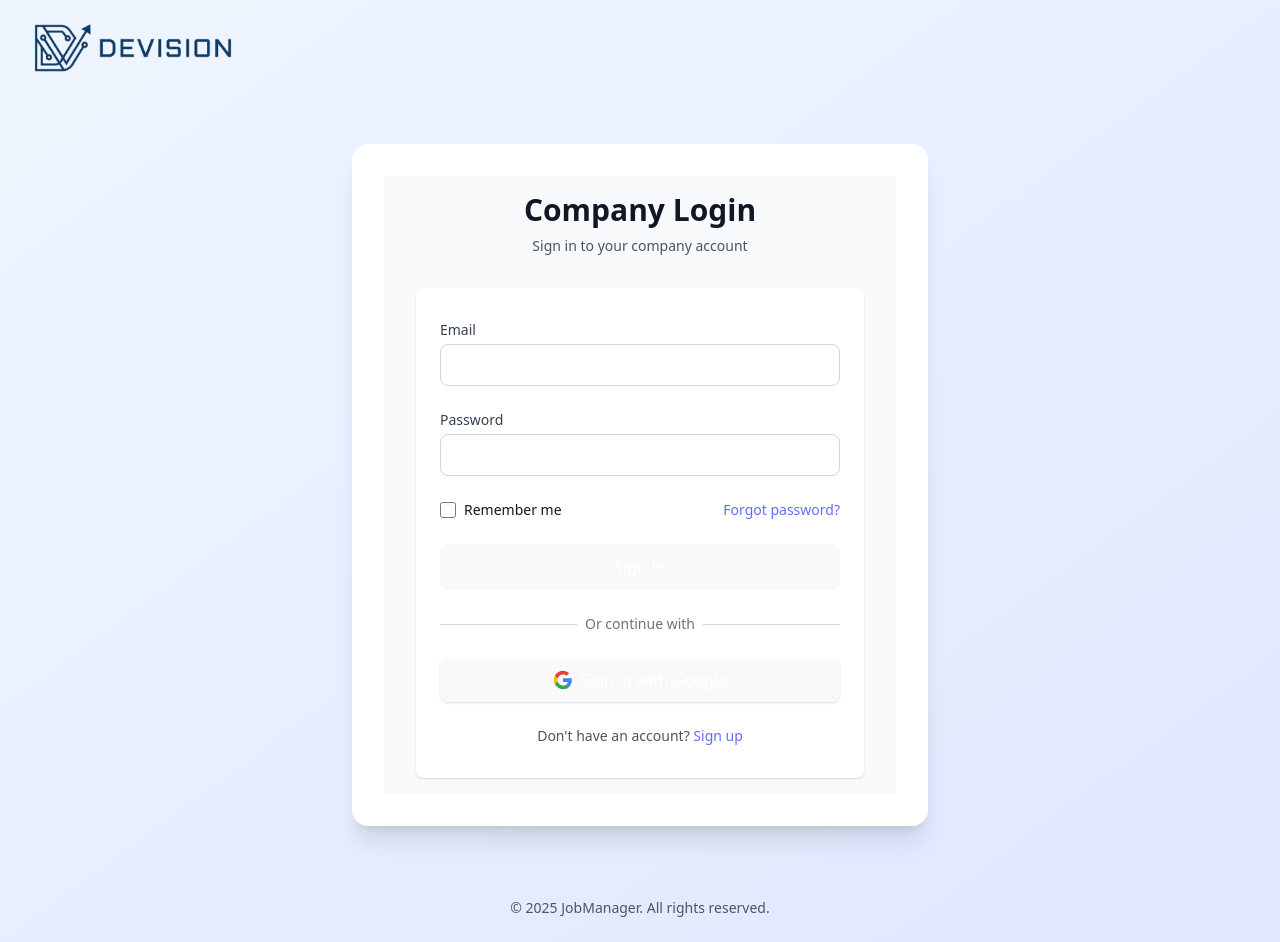
Repository: ISYS3461-2025C-Mulan-DEVision/JobManager_FE
Page: /login
An editor plug-in stored every save of this project. The page is shown before and after the next save, followed by the edit.
The browser window is 1280 px wide. The pictures show the whole page.
The project was rebuilt for these pictures with package versions that can differ from the ones it lists, and the page was loaded fresh each time. Also part of the build but not shown: vite.config.js, src/pages/Home.tsx, src/components/headless/Table/Table.tsx, src/components/headless/Modal/Modal.tsx, src/components/ui/Card/Card.tsx, src/components/ui/Spinner/Spinner.tsx, src/components/ui/Alert/Alert.tsx, src/components/feature/Authentication/CompanySignup/CompanySignupForm.tsx and 4 more.

Above is the page before, as saved 2025-12-12 12:21:32.

### index.html
<!doctype html>
<html lang="en">
  <head>
    <meta charset="UTF-8" />
    <link rel="icon" type="image/svg+xml" href="/logo/logo-icon.png" />
    <meta name="viewport" content="width=device-width, initial-scale=1.0" />
    <title>jobmanager-fe</title>
  </head>
  <body>
    <div id="root"></div>
    <script type="module" src="/src/main.jsx"></script>
  </body>
</html>

### src/main.tsx
import React, { StrictMode } from "react";
import { createRoot } from "react-dom/client";
import "./index.css";
import { BrowserRouter } from "react-router-dom";
import App from "./App.js";
import { Provider } from "react-redux";
import store from "./store/index.js";

const container = document.getElementById("root")!;
if (!container) {
    throw new Error("Root container not found");
} else {
    createRoot(container).render(
        <StrictMode>
            <Provider store={store}>
                <BrowserRouter>
                    <App />
                </BrowserRouter>
            </Provider>
        </StrictMode>,
    );
}

### src/index.css
@import "tailwindcss";

:root {
    font-family: system-ui, Avenir, Helvetica, Arial, sans-serif;
    line-height: 1.5;
    font-weight: 400;

    color-scheme: light dark;
    color: rgba(255, 255, 255, 0.87);
    background-color: #242424;

    font-synthesis: none;
    text-rendering: optimizeLegibility;
    -webkit-font-smoothing: antialiased;
    -moz-osx-font-smoothing: grayscale;
}

a {
    font-weight: 500;
    color: #646cff;
    text-decoration: inherit;
}
a:hover {
    color: #535bf2;
}

body {
    margin: 0;
    min-width: 320px;
    min-height: 100vh;
}

h1 {
    font-size: 3.2em;
    line-height: 1.1;
}

button {
    border-radius: 8px;
    border: 1px solid transparent;
    padding: 0.6em 1.2em;
    font-size: 1em;
    font-weight: 500;
    font-family: inherit;
    background-color: #1a1a1a;
    cursor: pointer;
    transition: border-color 0.25s;
}
button:hover {
    border-color: #646cff;
}
button:focus,
button:focus-visible {
    outline: 4px auto -webkit-focus-ring-color;
}

@media (prefers-color-scheme: light) {
    :root {
        color: #213547;
        background-color: #ffffff;
    }
    a:hover {
        color: #747bff;
    }
    button {
        background-color: #f9f9f9;
    }
}

### src/App.tsx
import { Routes, Route, Link, useLocation } from "react-router-dom";
import Home from "./pages/Home";
import LoginPage from "./pages/LoginPage";
import RegistrationPage from "./pages/RegistrationPage";

function App() {
    const location = useLocation();
    const isAuthPage = location.pathname === "/login";

    return (
        <div>
            {!isAuthPage && (
                <nav className="p-4 bg-gray-800 text-white flex gap-4">
                    <Link to="/">Home</Link>
                    <Link to="/login">Login</Link>
                </nav>
            )}

            <Routes>
                <Route path="/" element={<Home />} />
                <Route path="/login" element={<LoginPage />} />
                <Route path="/register" element={<RegistrationPage />} />
            </Routes>
        </div>
    );
}

export default App;

### src/store/index.ts
import configureStore from "./configureStore";
const store = configureStore();
export default store;

### src/pages/LoginPage.tsx
import React from "react";
import { CompanyLogin } from "../components/feature/Authentication/CompanyLogin";
import AuthLayout from "../layout/AuthLayout";

export default function LoginPage() {
    return (
        <AuthLayout>
            <CompanyLogin />
        </AuthLayout>
    );
}

### src/store/configureStore.ts
import { createStore, applyMiddleware, Store } from "redux";
import { createLogger } from "redux-logger";
import createSagaMiddleware from "redux-saga";
import { enableBatching } from "redux-batched-actions";
import createReducer from "./reducers";
import rootSaga from "./saga";

const configureStore = (initialState = {}): Store => {
    const rootReducer = createReducer();
    const sagaMiddleware = createSagaMiddleware();

    const middlewares = [sagaMiddleware];

    const isDev = import.meta.env.VITE_NODE_ENV === "development";

    if (isDev) {
        const loggerMiddleware = createLogger({
            collapsed: () => true,
        });
        (middlewares as any[]).push(loggerMiddleware);
    }

    const store = createStore(
        enableBatching(rootReducer),
        initialState,
        applyMiddleware(...middlewares),
    );

    sagaMiddleware.run(rootSaga);

    return store;
};

export default configureStore;

### src/redux/app/actions.ts
import * as types from "./type";

const setLoading = (payload: boolean) => ({ type: types.SET_LOADING, payload });
const setError = (payload: string | null) => ({
    type: types.SET_ERROR,
    payload,
});
const setInitialized = (payload: boolean) => ({
    type: types.SET_INITIALIZED,
    payload,
});
const reset = () => ({ type: types.RESET });

const toggleLoadingAsync = (payload: boolean) => ({
    type: types.TOGGLE_LOADING_ASYNC,
    payload,
});

export default {
    setLoading,
    setError,
    setInitialized,
    reset,
    toggleLoadingAsync,
};

### src/components/feature/Authentication/CompanyLogin/index.ts
export { CompanyLogin } from "./CompanyLogin";

### src/layout/AuthLayout.tsx
import { ReactNode } from 'react';
import { Link } from 'react-router-dom';

interface AuthLayoutProps {
    children: ReactNode;
}

const AuthLayout = ({ children }: AuthLayoutProps) => {
    return (
        <div className="min-h-screen flex flex-col bg-gradient-to-br from-blue-50 to-indigo-100">
            {/* Simple Header - Logo only */}
            <header className="py-6 px-8">
                <div className="flex items-center">
                    <Link to="/">
                        <img
                            src="/logo/logo.png"
                            alt="JobManager Logo"
                            className="h-12 w-auto"
                        />
                    </Link>
                </div>
            </header>

            {/* Centered Content Panel */}
            <main className="flex-1 flex items-center justify-center px-4 py-12">
                {/* <div className="flex-1 flex items-center justify-center">
                    <img src="/auth/background-login-left.png" alt="Left background" className="h-150 w-150 object-contain" />
                </div> */}
                <div className="flex items-center justify-center w-full max-w-xl">
                    <div className="w-full max-w-xl">
                        {/* Card wrapper for the form */}
                        <div className="bg-white rounded-2xl shadow-xl p-8">
                            {children}
                        </div>
                    </div>
                </div>
                {/* <div className="flex-1 flex items-center justify-center">
                    <img src="/auth/background-login-right.png" alt="Right background" className="h-150 w-150 object-contain" />
                </div> */}
            </main>

            {/* Simple Footer - Copyright only */}
            <footer className="py-6 px-4">
                <div className="max-w-md mx-auto text-center">
                    <p className="text-sm text-gray-600">
                        © {new Date().getFullYear()} JobManager. All rights reserved.
                    </p>
                </div>
            </footer>
        </div >
    );
};

export default AuthLayout;

### src/store/reducers.ts
import { combineReducers } from "redux";
import { reducers } from "../redux";
import _ from "lodash";

const appReducer = combineReducers(reducers);
export default function createReducer() {
    const rootReducer = (state, action) => {
        if (action.type === "FORCE_UPDATE_GLOBAL_STATE") {
            return appReducer(_.cloneDeep(action.payload), action as never);
        }
        return appReducer(state, action as never);
    };

    return rootReducer;
}

### src/store/saga.ts
import { all, fork } from "redux-saga/effects";
import { sagas } from "../redux";

export default function* rootSaga() {
    yield all([...Object.values(sagas)].map(fork));
}

### src/redux/app/type.ts
const prefix = "APP/";

export const SET_LOADING = `${prefix}SET_LOADING`;
export const SET_ERROR = `${prefix}SET_ERROR`;
export const SET_INITIALIZED = `${prefix}SET_INITIALIZED`;
export const RESET = `${prefix}RESET`;

// test async action
export const TOGGLE_LOADING_ASYNC = `${prefix}TOGGLE_LOADING_ASYNC`;

### src/components/feature/Authentication/CompanyLogin/CompanyLogin.tsx
import React from "react";
import { HeadlessForm } from "@/components/headless";
import { CompanyLoginForm } from "./CompanyLoginForm";
import { useCompanyLogin } from "./hooks/useCompanyLogin";
import { LoginPayload } from "./types";

// Validation function
const validateLoginForm = (values: LoginPayload) => {
  const errors: Partial<Record<keyof LoginPayload, string>> = {};

  if (!values.email) {
    errors.email = "Email is required";
  } else if (!/^[A-Z0-9._%+-]+@[A-Z0-9.-]+\.[A-Z]{2,}$/i.test(values.email)) {
    errors.email = "Invalid email address";
  }

  if (!values.password) {
    errors.password = "Password is required";
  } else if (values.password.length < 6) {
    errors.password = "Password must be at least 6 characters";
  }

  return errors;
};

export const CompanyLogin: React.FC = () => {
  const { login, isLoading, error } = useCompanyLogin();

  return (
    <HeadlessForm<LoginPayload>
      initialValues={{ email: "", password: "" }}
      onSubmit={login}
      validate={validateLoginForm}
    >
      {(formProps) => (
        <CompanyLoginForm {...formProps} isLoading={isLoading} error={error} />
      )}
    </HeadlessForm>
  );
};

### src/redux/index.ts
const loadModules = (modules: Record<string, any>, hasDefault = false) =>
    Object.entries(modules).map(([path, mod]) => {
        const parts = path.split("/");
        return {
            name: parts.at(-1)!.replace(".js", "").toUpperCase(),
            key: parts.at(-2)!,
            data: hasDefault ? mod.default : mod,
        };
    });

const rawActions = loadModules(
    import.meta.glob("./**/actions.ts", { eager: true }),
    true,
);

const rawTypes = loadModules(
    import.meta.glob("./**/types.ts", { eager: true }),
    false,
);

const rawReducers = loadModules(
    import.meta.glob("./**/reducer.ts", { eager: true }),
    true,
);

const rawSagas = loadModules(
    import.meta.glob("./**/saga.ts", { eager: true }),
    false,
);

// Final exports
export const actions = rawActions.reduce((p, e) => ({ ...p, ...e.data }), {});
export const types = rawTypes.reduce((p, e) => ({ ...p, ...e.data }), {});
export const reducers = rawReducers.reduce(
    (p, e) => ({ ...p, [e.key]: e.data }),
    {},
);
export const sagas = rawSagas.reduce((p, e) => ({ ...p, ...e.data }), {});

### src/components/headless/index.ts
// Headless Components - Logic without UI
export { HeadlessForm } from "./Form";
export { HeadlessTable } from "./Table";
export { useTable } from "./Table/useTable";
export { HeadlessModal } from "./Modal";

// Types
export * from "./types";
export type { TableColumn } from "./Table/useTable";

### src/components/feature/Authentication/CompanyLogin/hooks/useCompanyLogin.ts
import { useState } from 'react';
import AuthService, { LoginPayload } from '../../api/AuthService';

export const useCompanyLogin = () => {
  const [isLoading, setIsLoading] = useState(false);
  const [error, setError] = useState<string | null>(null);

  const login = async (formData: LoginPayload) => {
    setIsLoading(true);
    setError(null);

    try {
      await AuthService.loginCompany(formData);
      // Handle success (e.g., redirect, store token)
      console.log("Login successful");
    } catch (err) {
      setError("Failed to login. Please check your credentials.");
      console.error(err);
    } finally {
      setIsLoading(false);
    }
  };

  return {
    login,
    isLoading,
    error,
  };
};

### src/components/ui/index.ts
// UI Components - Presentational components with styling
export * from "./Button";
export * from "./Input";
export * from "./Card";
export * from "./Spinner";
export * from "./Alert";
export * from "./GoogleLogo";

### src/redux/app/reducer.ts
import * as types from "./type";
export interface AppState {
    loading: boolean;
    error: string | null;
    initialized?: boolean;
    test: string;
}

const INITIAL_STATE: AppState = {
    loading: true,
    error: null,
    initialized: false,
    test: "test",
};

type Action = { type: string; payload?: any };

export default function appReducer(
    state: AppState = INITIAL_STATE,
    action: Action,
): AppState {
    switch (action.type) {
        case types.SET_LOADING:
            return { ...state, loading: !!action.payload };
        case types.SET_ERROR:
            return { ...state, error: action.payload ?? null, loading: false };
        case types.SET_INITIALIZED:
            return { ...state, initialized: !!action.payload };
        case types.RESET:
            return { ...INITIAL_STATE };
        default:
            return state;
    }
}

### src/redux/app/saga.ts
import { takeEvery, put, delay } from "redux-saga/effects";
import * as types from "./type";
import actions from "./actions";

function* handleToggleLoading(action: any) {
    yield delay(300);
    yield put(actions.setLoading(action.payload));
}

export function* watchToggleLoading() {
    yield takeEvery(types.TOGGLE_LOADING_ASYNC, handleToggleLoading);
}

### src/components/headless/Form/index.ts
export { HeadlessForm } from "./Form";

### src/components/headless/Table/index.ts
export { HeadlessTable } from "./Table";
export { useTable } from "./useTable";
export type { TableColumn } from "./useTable";

### src/components/headless/Table/useTable.ts
import { useState, useMemo } from "react";

export interface TableColumn<T> {
  key: keyof T;
  header: string;
  render?: (item: T) => React.ReactNode;
}

interface UseTableProps<T> {
  data: T[];
  columns: TableColumn<T>[];
  initialPage?: number;
  pageSize?: number;
}

export const useTable = <T>({
  data,
  initialPage = 1,
  pageSize = 10,
}: UseTableProps<T>) => {
  const [currentPage, setCurrentPage] = useState(initialPage);
  const [sortConfig, setSortConfig] = useState<{
    key: keyof T;
    direction: "asc" | "desc";
  } | null>(null);

  const sortedData = useMemo(() => {
    let sortableItems = [...data];
    if (sortConfig !== null) {
      sortableItems.sort((a, b) => {
        if (a[sortConfig.key] < b[sortConfig.key]) {
          return sortConfig.direction === "asc" ? -1 : 1;
        }
        if (a[sortConfig.key] > b[sortConfig.key]) {
          return sortConfig.direction === "asc" ? 1 : -1;
        }
        return 0;
      });
    }
    return sortableItems;
  }, [data, sortConfig]);

  const paginatedData = useMemo(() => {
    const startIndex = (currentPage - 1) * pageSize;
    return sortedData.slice(startIndex, startIndex + pageSize);
  }, [sortedData, currentPage, pageSize]);

  const totalPages = Math.ceil(data.length / pageSize);

  const requestSort = (key: keyof T) => {
    let direction: "asc" | "desc" = "asc";
    if (
      sortConfig &&
      sortConfig.key === key &&
      sortConfig.direction === "asc"
    ) {
      direction = "desc";
    }
    setSortConfig({ key, direction });
  };

  const goToPage = (page: number) => {
    if (page >= 1 && page <= totalPages) {
      setCurrentPage(page);
    }
  };

  return {
    data: paginatedData,
    sortConfig,
    requestSort,
    currentPage,
    totalPages,
    goToPage,
  };
};

### src/components/headless/Modal/index.ts
export { HeadlessModal } from "./Modal";

### src/components/feature/Authentication/api/AuthService.ts
// import { HttpClient } from "../../../../services/httpClient";

export interface LoginPayload {
    email: string;
    password: string;
}

export interface SignupPayload {
    companyName: string;
    email: string;
    password: string;
    confirmPassword: string;
}

export const loginCompany = async (payload: LoginPayload) => {
    // Replace with actual API endpoint
    // return HttpClient.post('/auth/company/login', payload);

    // Mock implementation for now
    console.log("Logging in company with:", payload);
    return new Promise((resolve) => {
        setTimeout(
            () =>
                resolve({
                    token: "mock-token",
                    user: { name: "Company Admin" },
                }),
            1000,
        );
    });
};

export const signupCompany = async (payload: SignupPayload) => {
    // Replace with actual API endpoint
    // return HttpClient.post('/auth/company/signup', payload);

    // Mock implementation for now
    console.log("Signing up company with:", payload);
    return new Promise((resolve) => {
        setTimeout(
            () =>
                resolve({
                    token: "mock-token",
                    user: { name: payload.companyName },
                }),
            1000,
        );
    });
};

const AuthService = {
    loginCompany,
    signupCompany,
};

export default AuthService;

### src/components/ui/Button/index.ts
export { Button } from "./Button";
export type { ButtonProps } from "./Button";

### src/components/ui/Input/index.ts
export { Input } from "./Input";
export type { InputProps } from "./Input";

### src/components/ui/Card/index.ts
export { Card, CardHeader, CardBody, CardFooter } from "./Card";
export type { CardProps } from "./Card";

### src/components/ui/Spinner/index.ts
export { Spinner } from "./Spinner";
export type { SpinnerProps } from "./Spinner";

### src/components/ui/Alert/index.ts
export { Alert } from "./Alert";
export type { AlertProps } from "./Alert";

### src/components/ui/GoogleLogo/index.ts
export { GoogleLogo } from "./GoogleLogo";
export type { GoogleLogoProps } from "./GoogleLogo";

### src/components/ui/Input/Input.tsx
import React from "react";
import clsx from "clsx";

export interface InputProps extends React.InputHTMLAttributes<HTMLInputElement> {
    label?: string;
    error?: string;
    helperText?: string;
    fullWidth?: boolean;
}

export const Input: React.FC<InputProps> = ({
    label,
    error,
    helperText,
    fullWidth = false,
    className,
    id,
    ...props
}) => {
    const inputId = id || label?.toLowerCase().replace(/\s+/g, "-");

    return (
        <div className={clsx("flex flex-col gap-1", fullWidth && "w-full")}>
            {label && (
                <label
                    htmlFor={inputId}
                    className="text-sm font-medium text-gray-700"
                >
                    {label}
                </label>
            )}
            <input
                id={inputId}
                className={clsx(
                    "px-3 py-2 border rounded-lg focus:outline-none focus:ring-2 transition-colors",
                    "text-gray-900 placeholder:text-gray-400",
                    error
                        ? "border-red-500 focus:ring-red-500 focus:border-red-500"
                        : "border-gray-300 focus:ring-blue-500 focus:border-blue-500",
                    props.disabled && "bg-gray-100 cursor-not-allowed",
                    className,
                )}
                {...props}
            />
            {error && <span className="text-sm text-red-600">{error}</span>}
            {helperText && !error && (
                <span className="text-sm text-gray-500">{helperText}</span>
            )}
        </div>
    );
};

### src/components/ui/GoogleLogo/GoogleLogo.tsx
import React from "react";
import clsx from "clsx";

export interface GoogleLogoProps {
    size?: "sm" | "md" | "lg";
    className?: string;
}

export const GoogleLogo: React.FC<GoogleLogoProps> = ({
    size = "md",
    className,
}) => {
    const sizeClasses = {
        sm: "w-4 h-4",
        md: "w-5 h-5",
        lg: "w-6 h-6",
    };

    return (
        <svg
            className={clsx(sizeClasses[size], className)}
            viewBox="0 0 24 24"
            xmlns="http://www.w3.org/2000/svg"
        >
            <path
                d="M22.56 12.25c0-.78-.07-1.53-.2-2.25H12v4.26h5.92c-.26 1.37-1.04 2.53-2.21 3.31v2.77h3.57c2.08-1.92 3.28-4.74 3.28-8.09z"
                fill="#4285F4"
            />
            <path
                d="M12 23c2.97 0 5.46-.98 7.28-2.66l-3.57-2.77c-.98.66-2.23 1.06-3.71 1.06-2.86 0-5.29-1.93-6.16-4.53H2.18v2.84C3.99 20.53 7.7 23 12 23z"
                fill="#34A853"
            />
            <path
                d="M5.84 14.09c-.22-.66-.35-1.36-.35-2.09s.13-1.43.35-2.09V7.07H2.18C1.43 8.55 1 10.22 1 12s.43 3.45 1.18 4.93l2.85-2.22.81-.62z"
                fill="#FBBC05"
            />
            <path
                d="M12 5.38c1.62 0 3.06.56 4.21 1.64l3.15-3.15C17.45 2.09 14.97 1 12 1 7.7 1 3.99 3.47 2.18 7.07l3.66 2.84c.87-2.6 3.3-4.53 6.16-4.53z"
                fill="#EA4335"
            />
        </svg>
    );
};

Loaded but not shown: src/components/feature/Authentication/CompanyLogin/CompanyLoginForm.tsx (154 lines, source omitted); src/components/headless/Form/Form.tsx (93 lines, source omitted); src/components/ui/Button/Button.tsx (81 lines, source omitted); src/components/headless/types.ts (71 lines, source omitted)

After the next save:
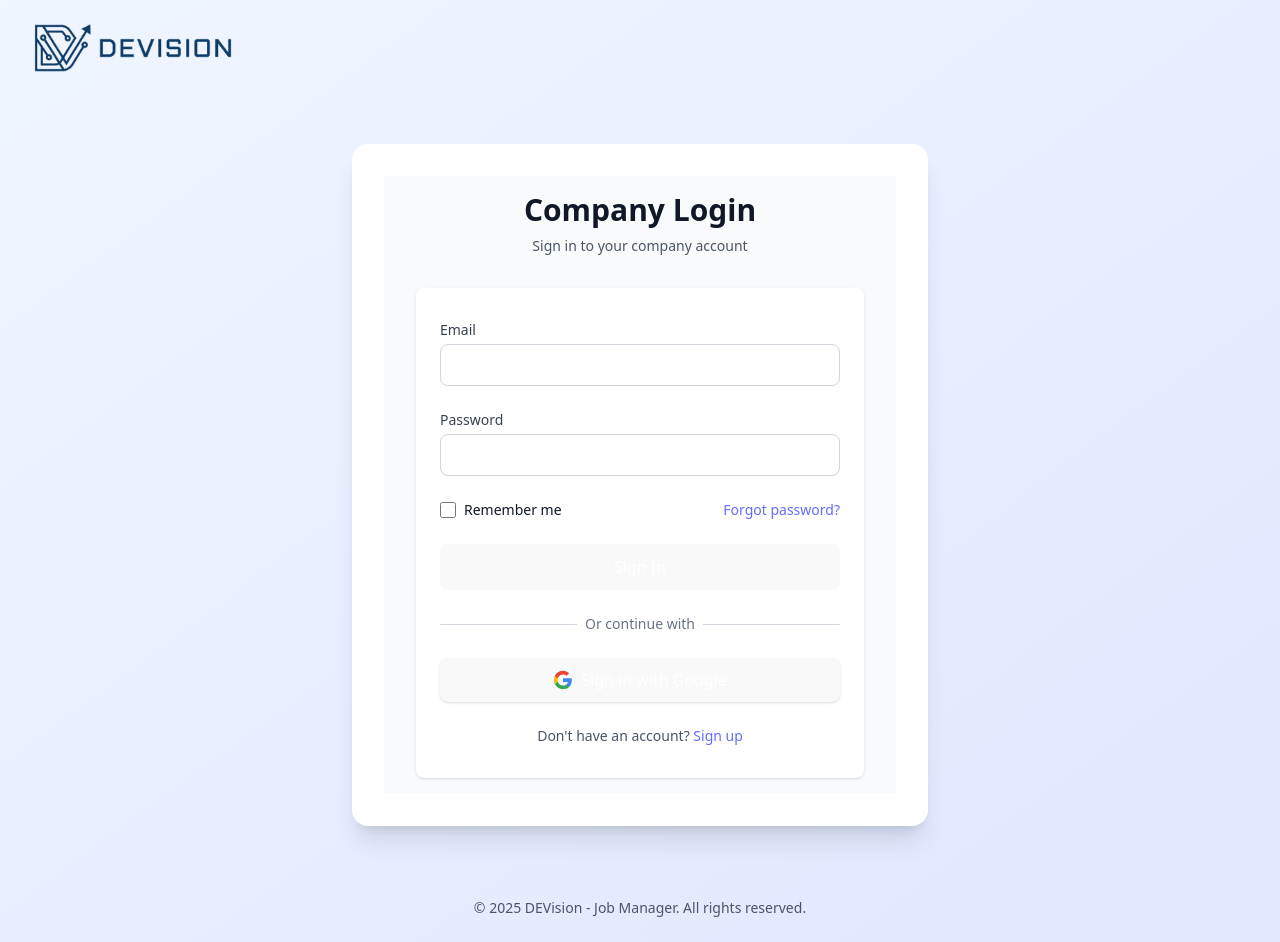
Saved 37 s later.
--- a/src/layout/AuthLayout.tsx
+++ b/src/layout/AuthLayout.tsx
@@ -43,7 +43,7 @@
             <footer className="py-6 px-4">
                 <div className="max-w-md mx-auto text-center">
                     <p className="text-sm text-gray-600">
-                        © {new Date().getFullYear()} JobManager. All rights reserved.
+                        © {new Date().getFullYear()} DEVision - Job Manager. All rights reserved.
                     </p>
                 </div>
             </footer>
